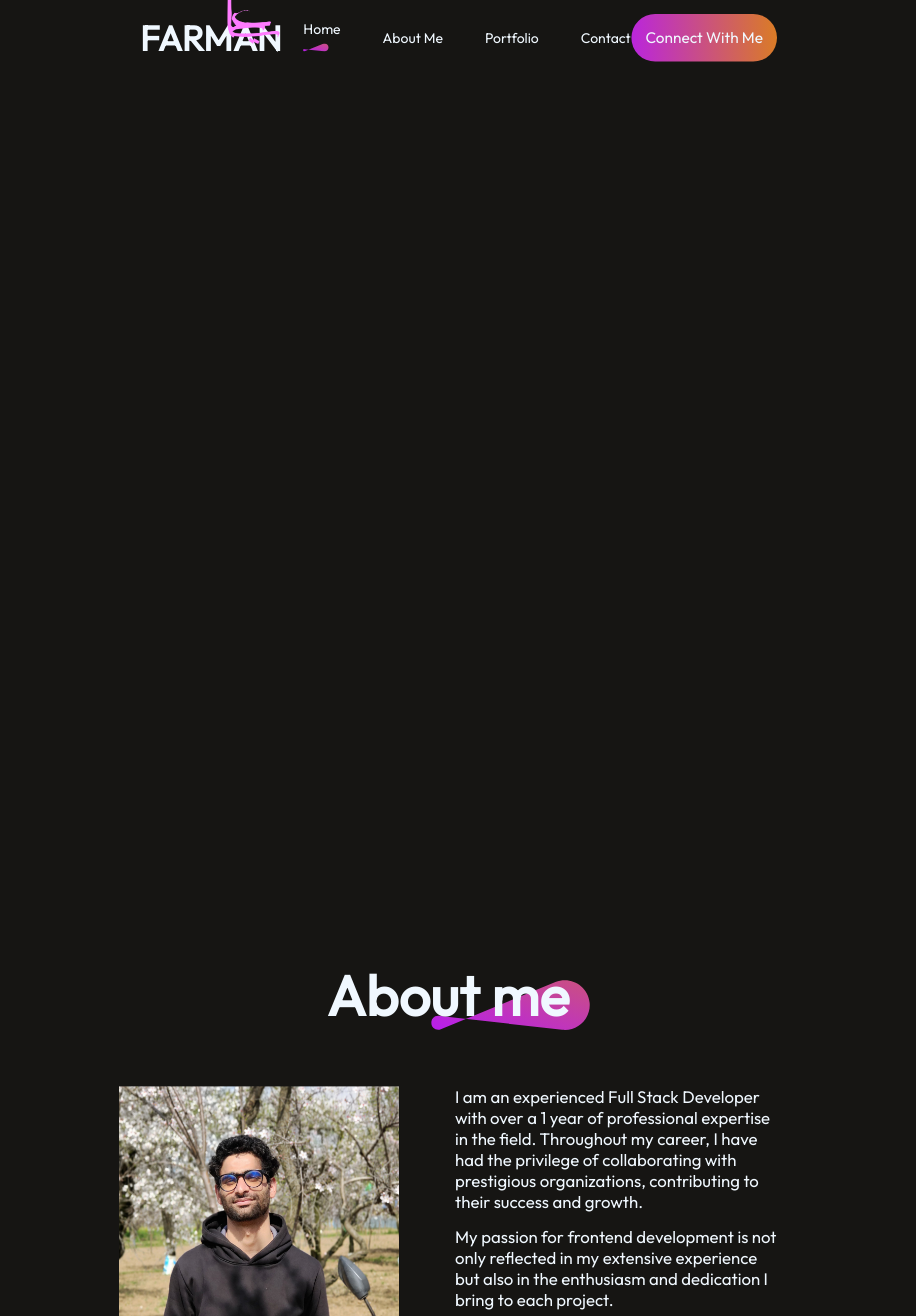
Repository: FARMAN9/portfolio_React
Page: /
These files come from the project's save history. The page is drawn as it stood at one moment and after a run of saves; the edit follows.
The browser window is 1280 px wide. The page is 1309 px wide, then 1280 px, then 1309 px, so the pictures cover 1309 px, including what lies to the right of the window. The pictures show the part of the page from y = 0 to 1880 px (the page is 4996 px tall before and 720 px after), at 70% of full size.
The project was rebuilt for these pictures with package versions that can differ from the ones it lists, and the page was loaded fresh each time. Also part of the build but not shown: vite.config.js.

Above is the page before, as saved 2024-10-16 20:13:42.

### index.html
<!doctype html>
<html lang="en">
  <head>
    <meta charset="UTF-8" />
    <link rel="icon" type="image/svg+xml" href="/bac.svg" />
    <meta name="viewport" content="width=device-width, initial-scale=1.0" />
    <title>Portfoilo</title>
    <link rel="preconnect" href="https://fonts.googleapis.com">
<link rel="preconnect" href="https://fonts.gstatic.com" crossorigin>
<link href="https://fonts.googleapis.com/css2?family=Outfit&display=swap" rel="stylesheet">


  </head>
  <body>
    <div id="root"></div>

    <script type="module" src="/src/main.jsx"></script>
  </body>
</html>

### src/App.jsx

import NavBar from './Components/Navbar/NavBar'
import Hero from './Components/Hero/Hero'
import About from './Components/About/About'
import MyWork from './Components/MyWork/MyWork'
import Contact from './Components/Contact/Contact'
import Footer from './Components/Footer/Footer'
import React from 'react';

function App() {


  return (
  <>
  <NavBar/>
  <Hero/>
  <About/>
  <MyWork/>
  <Contact/>
  <Footer/>
  </>
  )
}

export default App

### src/index.css

*{
  margin: 0;
  padding: 0;

}
body{
  height: 100vh;
  background: #161513;
  color: aliceblue;
  font-family: outfit;
}

### src/Components/Navbar/NavBar.jsx
import React, { useRef, useState,useEffect } from 'react';
import './Navbar.css';
import ali from '../../assets/ali.png'
import backgound from '../../assets/nav_underline.svg'
import AnchorLink from 'react-anchor-link-smooth-scroll'
import menu_open from '../../assets/menu_open.svg'
import menu_close from '../../assets/menu_close.svg'



function NavBar() {



  const [menu,setMenu]=useState('home')
  const menuRef =useRef();
  const openMenu=()=>{
    menuRef.current.style.right='0'
  }
  const closeMenu=()=>{
    menuRef.current.style.right='-350px'
  }
  return (
    <nav className='navbar'>
      <div className='logo'>
      <AnchorLink className='anchor-link' href='#home'>
      <h1>FARMAN</h1>
      <img src={ali} alt="" />
      </AnchorLink>
      </div>
      <img src={menu_open}  onClick={openMenu} alt="" className='nav-mob-open' />

            <ul ref={menuRef} className='nav-menu'>
            <img src={menu_close} alt="" className='nav-mob-close' onClick={closeMenu}/>
             <li> <AnchorLink className='anchor-link' href='#home'><p onClick={()=>setMenu('home')}>Home</p> </AnchorLink>{menu ==='home' ? <img src ={backgound} alt=''/>:<></> }</li>
             <li><AnchorLink className='anchor-link' offset={50} href='#about'><p onClick={()=>setMenu('about')}>About Me</p></AnchorLink>{menu ==='about' ? <img src ={backgound} alt=''/>:<></> }</li>
             <li><AnchorLink className='anchor-link' offset={50} href='#work'><p onClick={()=>setMenu('work')}>Portfolio</p></AnchorLink>{menu ==='work' ? <img src ={backgound} alt=''/>:<></> }</li>
             <li><AnchorLink className='anchor-link' offset={50} href='#contact'><p onClick={()=>setMenu('contact')}>Contact</p></AnchorLink>{menu ==='contact' ? <img src ={backgound} alt=''/>:<></> }</li>
            </ul>
            <div className="nav-connect"><AnchorLink className='anchor-link' offset={50} href='#contact'>Connect With Me</AnchorLink></div>

    </nav>
  )
}

export default NavBar

### src/Components/Hero/Hero.jsx
import "./Hero.css";
import profile from "../../assets/profile.jpg";
import AnchorLink from "react-anchor-link-smooth-scroll";
import { FaGithub, FaLinkedin, FaCode } from "react-icons/fa";
import React, { useRef, useEffect } from "react";
import gsap from "gsap";
import { ScrollTrigger } from "gsap/ScrollTrigger";

// Register ScrollTrigger plugin
gsap.registerPlugin(ScrollTrigger);

function Hero() {
  const sectionRef = useRef(null);

  useEffect(() => {
    gsap.fromTo(
      sectionRef.current,
      { opacity: 0, y: 100, fontSize: "20px" },
      {
        opacity: 1,
        y: 0,
        fontSize: "50px", // Target font size on scroll
        scrollTrigger: {
          trigger: sectionRef.current,
          start: "top 25%",
          end: "bottom 25%",
          scrub: true,
        },
        duration: 1,
      }
    );
  }, []);

  return (
    <div id="home" className="hero" ref={sectionRef}>
      <img src={profile} alt="profile" />
      <h1>
        <span className="myname">I'm Syed Farman Ali,</span> full stack
        developer based in India
      </h1>
      <p>
        I am from Jammu and Kashmir, with 1 year of experience in multiple
        companies and organizations like Jammu and Kashmir Police (CID) and
        Aharbal.
      </p>
      <div className="hero-action">
        <div className="hero-connect">
          <AnchorLink className="anchor-link" offset={50} href="#contact">
            Connect with me
          </AnchorLink>
        </div>
        <a
          className="hero-resume"
          href="https://rxresu.me/farman9/python-django-developer">
          My resume
        </a>
      </div>
      <div className="hero-socials">
        <a
          href="https://github.com/farman9"
          target="_blank"
          rel="noopener noreferrer">
          <FaGithub size={30} />
        </a>
        <a
          href="https://www.linkedin.com/in/farman9"
          target="_blank"
          rel="noopener noreferrer">
          <FaLinkedin size={30} />
        </a>
        <a
          href="https://leetcode.com/u/saeedfarman9/"
          target="_blank"
          rel="noopener noreferrer">
          <FaCode size={30} />
        </a>
      </div>
    </div>
  );
}

export default Hero;

### src/Components/About/About.jsx
import React from 'react'
import'./About.css'
import bac from '../../assets/bac.svg'
import profile from '../../assets/profile.jpg'


function About() {
  const skills = [
    { name: 'JavaScript', value: 70 },
    { name: 'Python', value: 80 },
    { name: 'Java', value: 50 },
    { name: 'HTML', value: 75 },
    { name: 'CSS', value: 70 },
    { name: 'Django', value: 60 },
    { name: 'Fastapi', value: 50 },

  ];

  return (
    <div id='about' className='about'>
        <div className="about-title">
            <h1>About me</h1>
            <img src={bac} alt="" />
        </div>
        <div className="about-sections">
        <div className="about-left">
        <img src={profile} alt="" />
       </div>
       <div className="about-right">
       <div className="about-para">
        <p>I am an experienced Full Stack Developer with over a 1 year of professional expertise in the field. Throughout my career, I have had the privilege of collaborating with prestigious organizations, contributing to their success and growth.</p>
        <p>My passion for frontend development is not only reflected in my extensive experience but also in the enthusiasm and dedication I bring to each project.</p>
       </div>
       <div className="about-skills">
        {
            skills.map((skill)=><div className="about-skill" key={skill.name}><p>{skill.name}</p><hr style={{width:`${skill.value}%`}} /></div>)
        }

      </div>
        </div>
        </div>
        <div className="about-achievements">
<div className="about-achievement">
<h1>1</h1>
<p>YEAR OF EXPERIENCE</p>
</div>
<hr />
<div className="about-achievement">
<h1>4+</h1>
<p>PROJECTS COMPLETED</p>
</div>
<hr />
<div className="about-achievement">
<h1>2+</h1>
<p>HAPPY CLIENTS</p>
</div>
</div>
    </div>
  )
}

export default About

### src/Components/MyWork/MyWork.jsx
import React, { useImperativeHandle } from "react";
import "./MyWork.css";
import bac from "../../assets/bac.svg";
import soon from "../../assets/coming_soon.gif";
import port_react from "../../assets/projects/portfilo_react.png";
import myntra from "../../assets/projects/mytra.png";
import youtube from "../../assets/projects/yt.png";
import djano_port from "../../assets/projects/django_port.png";
import dpt from "../../assets/projects/dpt.png";
import nws from "../../assets/projects/news.png";

function MyWork() {
  const mywork_data = [
    {
      w_no: 1,
      w_name: "portfolio_React",
      w_img: port_react,
      link: "https://github.com/FARMAN9/portfolio_React",
    },
    {
      w_no: 2,
      w_name: "mytra",
      w_img: myntra,
      link: "https://github.com/FARMAN9/myntra-clone-",
    },
    {
      w_no: 3,
      w_name: "youtube",
      w_img: youtube,
      link: "https://github.com/FARMAN9/youtube-clone",
    },
    {
      w_no: 4,
      w_name: "portfoilo_django",
      w_img: djano_port,
      link: "https://github.com/FARMAN9/portfoilo_django",
    },
    {
      w_no: 5,
      w_name: "DPS",
      w_img: dpt,
      link: "https://github.com/FARMAN9/Diabetes-prediction",
    },
    {
      w_no: 6,
      w_name: "oldNews_paper ",
      w_img: nws,
      link: "https://oldnews-paper.vercel.app/",
    },
    {
      w_no: 7,
      w_name: "soon",
      w_img: soon,
      link: "",
    },
  ];
  return (
    <div id="work" className="mywork">
      <div className="mywork-title">
        <h1>My Latest work</h1>
        <img src={bac} alt="" />
      </div>

      <div className="mywork-container">
        {mywork_data.map((data, index) => {
          return (
            <div key={index}>
              <a href={data.link}>
                <img src={data.w_img} alt="" />
              </a>
            </div>
          );
        })}
      </div>
    </div>
  );
}

export default MyWork;

### src/Components/Footer/Footer.jsx
import React from "react";
import "./Footer.css";
import ali from "../../assets/ali.png";
import AnchorLink from 'react-anchor-link-smooth-scroll'

function Footer() {
  return (
    <div className="footer">
      <div className="footer-top">
        <div className="footer-top-left">
          <div className="logo">
          <AnchorLink className='anchor-link' offset={50} href='#home'>
            <h1>FARMAN</h1>
            <img src={ali} alt="" />
            </AnchorLink>
          </div>

        </div>
        <p>
        I wanted to take a moment to thank you for visiting my portfolio. Your time and interest in my work are truly appreciated.
        If you have any feedback, questions, or opportunities you'd like to discuss, please don't hesitate to reach out. I'm always eager to connect and explore new possibilities.
          </p>
        <div className="footer-top-right">

        </div>

        </div>
        <hr />

        <div className="footer-bottom">
          <p className="footer-bottm-left">
            {" "}
            © 2024 Syed Farman Ali. All rights reserved.{" "}
          </p>

          <div className="footer-bottom-right">
            <p>Term of Services</p>
            <p>Privacy Policy</p>
            <AnchorLink className='anchor-link' offset={50} href='#contact'> <p>Connect with me</p></AnchorLink>
          </div>
        </div>

    </div>
  );
}

export default Footer;

### src/Components/Navbar/Navbar.css
.navbar{
display: flex ;
align-items: center;
justify-content: space-between;
margin: 20px 170px;
}
.nav-menu{
    display: flex;
    align-items: center;
    list-style: none;
    gap:60px;
    font-size: 20px;

}
.nav-connect
{
    padding: 20px;
    border-radius: 50px;
    background: linear-gradient(267deg,#DA7C25 0.36%,#B923E1 102.0% );
    font-size:22px ;
    cursor: pointer;
    transition: 0.5s;

}
.nav-connect:hover
{
   transform: scale(1.05);

}



.logo{
    position: relative;
    }
.logo h1{
    padding: 0px 30px;
    font-size: 50px;
    font-weight: 600%;
    z-index: -1;

    }


.logo img{
    position: absolute;
    bottom:0;
    right: 0;

    width: 150px;
    height: 150px;

}

.anchor-link{
   text-decoration: none;
   color: aliceblue;
}
.nav-mob-close
{
    display: none;
}
.nav-mob-open{
    display: none;
}


@media(max-width:768px) {
    .navbar{
        margin: 20px 50px;
    }
    .nav-connect{
        display: none;
    }
    .nav-mob-open{
        display: block;
        position: fixed;
        right: 30px;
    }
    .nav-mob-close{
        display: block;
        position: relative;
        top: 30px;
        left: 110px;
        width: 30px;


    }
    .nav-menu{
        position: fixed;
        flex-direction: column;
        align-items: center;
        top:0;
        gap:30px;
        background-color: #1f0016;
        width: 350px;
        height: 100%;
        z-index: 2;
        transition: right 0.5s;
        right: -350px;
    }
    .nav-menu li{
        font-size: 30px;

        padding-left: 0;
        flex-direction: row;
        gap:20px;

    }

}

### src/Components/Hero/Hero.css
.hero {
  display: flex;
  flex-direction: column;
  align-items: center;
  gap: 35px;
}
.hero img {
  margin-top: 150px;
  border-radius: 50%;
  width: 20rem;
  height: 20rem;
}

.hero h1 {
  text-align: center;

  font-weight: 600;
  width: 70%;
  font-size: 70px;
}
.hero h1 span {
  background: linear-gradient(270deg, #df8908 10%, #b415ff 100%);
  background-clip: text;
  -webkit-background-clip: text;
  -webkit-text-fill-color: transparent;
}
.hero-socials img {
  width: 30px;
  height: 30px;
  cursor: pointer;
}
.hero p {
  width: 50%;
  text-align: center;
  font-size: 24px;
  line-height: 40px;
}
.hero-action {
  display: flex;
  align-items: center;
  gap: 25px;
  font-size: 24px;
  font-weight: 500;
  margin-bottom: 50px;
}
.hero-connect {
  padding: 25px 45px;
  border-radius: 50px;
  background: linear-gradient(267deg, #da7c25 0.36%, #b923e1 102%);
  cursor: pointer;
}
.hero-resume {
  padding: 25px 75px;
  border-radius: 50px;
  border: 2px solid #fff;
  cursor: pointer;
  color: aliceblue;
  text-decoration: none;
}

.hero-connect:hover {
  border: 2px solid white;
}
.hero-resume:hover {
  border-color: #b415ff;
}
.hero-socials {
  margin-top: 20px;
}

.hero-socials a {
  margin: 0 10px;
  color: #333;
  transition: color 0.3s;
}

.hero-socials a:hover {
  color: #b415ff; /* You can change this color to match the theme */
}
@media (max-width: 768px) {
  .hero img {
    margin-top: 120px;
    width: 260px;
  }
  .hero h1 {
    margin-top: 50px;
    width: 90%;
    font-size: 50px;
  }
  .hero p {
    width: 60%;
    font-size: 18px;
    line-height: 32px;
    margin: 10px 0px;
  }
  .hero-action {
    gap: 16px;
    font-size: 18px;
    font-weight: 500;
    margin-bottom: 50px;
  }
  .hero-connect {
    padding: 20px 30px;
    border-radius: 40px;
  }
  .hero-resume {
    padding: 20px 50px;
    border-radius: 40px;
  }
}

### src/Components/About/About.css
.about{
    display: flex;
    flex-direction: column;
    align-items: center;
    justify-content: center;
    gap: 80px;
    margin: 80px 170px;
    }

    .about-title{
        position: relative;
        }
    .about-title h1{
        padding: 0px 30px;
        font-size: 80px;
        font-weight: 600%;
        }


    .about-title img{
        position: absolute;
        bottom: 0;
        right: 0;
        z-index: -1;
    }


    .about-sections {
        display: flex;
        gap: 80px;
        }

.about-left img{
    width: 25rem;
    height: 25rem;
}
.about-right{
            display: flex;
            flex-direction: column;
            gap: 80px;
 }

.about-para{
    display: flex;
    flex-direction: column;
    gap: 20px;
    font-size: 24px;
    font-weight: 500;
}

.about-skills{
    display: flex;
    flex-direction: column;
    gap: 20px;
    }

.about-skill{
    display: flex;
    gap: 50px;
    align-items: center;
    transition: 0.3s;
}
.about-skill p {
    min-width: 150px;
    font-size: 24px;
    font-weight: 500;
}
.about-skill hr{
    outline: none;
    border: none;
    width: 50%;
    height: 8px;
    border-radius: 50px;
    background: linear-gradient(267deg,#DA7C25 0.36%,#B923E1 102.0% );

}

.about-achievements{
    display: flex;
    width: 100%;
    justify-content: space-around;
    margin-bottom: 80px;

}

.about-achievement{
    display: flex;
    flex-direction: column;
    align-items: center;
    gap: 10px;
    transition: 0.5s;
}


.about-achievement h1{
   font-size: 60px;
   font-weight: 700;
   background: linear-gradient(267deg,#DA7C25 0.36%,#B923E1 102.0% );
   background-clip: text ;
   -webkit-background-clip: text;
   -webkit-text-fill-color: transparent;
}

.about-achievement p{
    font-size: 22px;
    font-weight: 500;

 }
 .about-skill:hover{
    transform: scale(1.05);
    transition: 0.3s;
 }
 .about-achievement:hover{
    transform: scale(1.12);
    transition: 0.5s;

 }


 @media(max-width:768px) {
    .about{
        gap: 80px;
        margin: 50px 70px;
        align-items: start;
    }
    .about-title h1{
        font-size: 50px;
        padding: 0;

    }
    .about-title img {
        width: 130px;
        right: -20px;
    }

    .about-sections{
        flex-direction: column;
    }
    .about-left{
        display: none;
    }
    .about-para{
        font-size: 18px;
        line-height: 32px;
    }
    .about-skill{
        gap:20px;
        align-items: center;
    }
    .about-skill p{
        font-size: 20px;

    }
    .about-skill hr{
        height: 6px;

    }
    .about-achievements{
        justify-content: space-between;
    }
    .about-achievement{
        gap: 10px;
    }
    .about-achievement h1{
        font-size: 34px;
        font-weight: 700;
    }
    .about-achievement p{
        text-align: center;
        font-size: 16px;

    }

 }

### src/Components/MyWork/MyWork.css
.mywork{
    display: flex;
    flex-direction: column;
    align-items: center;
    justify-content: center;
    gap:80px;
    margin: 80px 170px;
}
.mywork-title{
    position: relative;
}
.mywork-title h1{
    padding: 0px 30px;
        font-size: 80px;
        font-weight: 600%;
}
.mywork-title img{
    position: absolute;
        bottom: 0;
        right: 0;
        z-index: -1;
}

.mywork-container{
    display: grid;
    grid-template-columns: 1fr 1fr 1fr ;
    gap :40px;
}

.mywork-container img {
    box-sizing: border-box;
    width: 419px;
    height: 280px;
    transition: 0.3s;
    cursor: pointer;
}
.mywork-container img:hover {
   transform: scale(1.10);
   border: 4px solid #ff00ff;
   border-radius: 10px;
   transition: 0.3s;
}


@media(max-width:768px){
    .mywork{
        gap: 50px;
        margin: 50px 70px;
        align-items: start;
    }
    .mywork-title h1{
        padding: 0;
        font-size: 50px;
        font-weight: 600;

    }
    .mywork-title img{
        width: 130px;
        margin-right:-20px;
    }
    .mywork-container{
        grid-template-columns: 1fr 1fr;
    }
    .mywork-container img{
        width: 100%;
        height: 100%;
    }


}

### src/Components/Footer/Footer.css


.logo{
    position: relative;
    }
.logo h1{
    padding: 0px 30px;
    font-size: 50px;
    font-weight: 600%;
    z-index: -1;
    }
.logo img{
    position: absolute;
    bottom:0;
    right: 0;
    width: 150px;
    height: 150px;

}


.footer{
 margin: 50px 170px;
 display: flex;
 flex-direction: column;
 gap: 30px;
}
.footer-top{
    display: flex;
    justify-content: space-between;
}
.footer-top-left{
    display: flex;
    align-items: center;


}
.footer-top-left p{
   font-size: 15px;
   max-width: 500px;
}

.footer-bottom{
    display: flex;
    justify-content: space-between;
    font-size: 18px;

}
.footer-bottom-right{
    display: flex;
    gap:50px;
    margin-bottom: 50px;


}
@media(max-width:768px)
{
    .footer{
        margin: 50px 70px;
    }
    .footer-top{
        flex-direction: column;
        gap: 50px;
    }
    .footer-bottom{
        display: flex;
        flex-direction: column-reverse;
        margin-bottom: 50px;

    }
}

Loaded but not shown: src/main.jsx (common file); src/Components/Contact/Contact.css (207 lines, source omitted); src/Components/Contact/Contact.jsx (91 lines, source omitted)

After the next 2 saves:
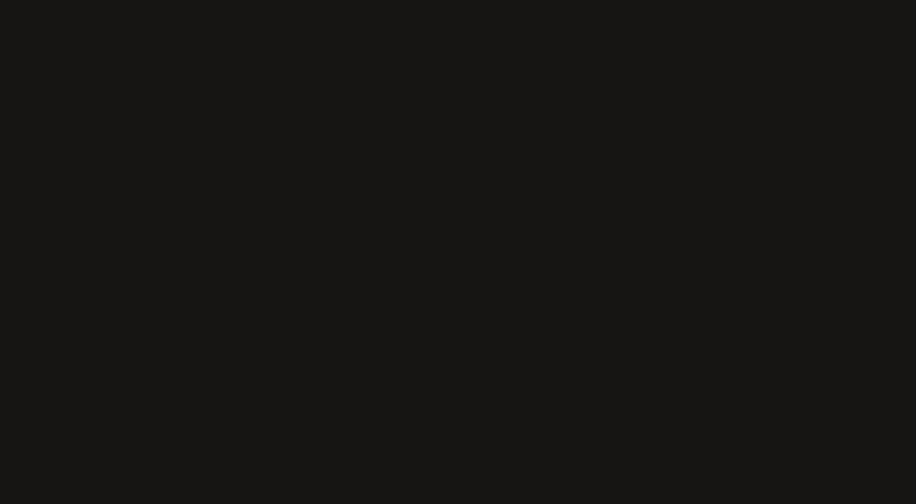
Console error: ReferenceError: sectionRef is not defined
The 2 saves are shown as one change because they came seconds apart.
The last was saved 24 s later.
--- a/src/Components/Hero/Hero.jsx
+++ b/src/Components/Hero/Hero.jsx
@@ -10,26 +10,9 @@
 gsap.registerPlugin(ScrollTrigger);
 
 function Hero() {
-  const sectionRef = useRef(null);
 
-  useEffect(() => {
-    gsap.fromTo(
-      sectionRef.current,
-      { opacity: 0, y: 100, fontSize: "20px" },
-      {
-        opacity: 1,
-        y: 0,
-        fontSize: "50px", // Target font size on scroll
-        scrollTrigger: {
-          trigger: sectionRef.current,
-          start: "top 25%",
-          end: "bottom 25%",
-          scrub: true,
-        },
-        duration: 1,
-      }
-    );
-  }, []);
+
+;
 
   return (
     <div id="home" className="hero" ref={sectionRef}>

After the save that followed:
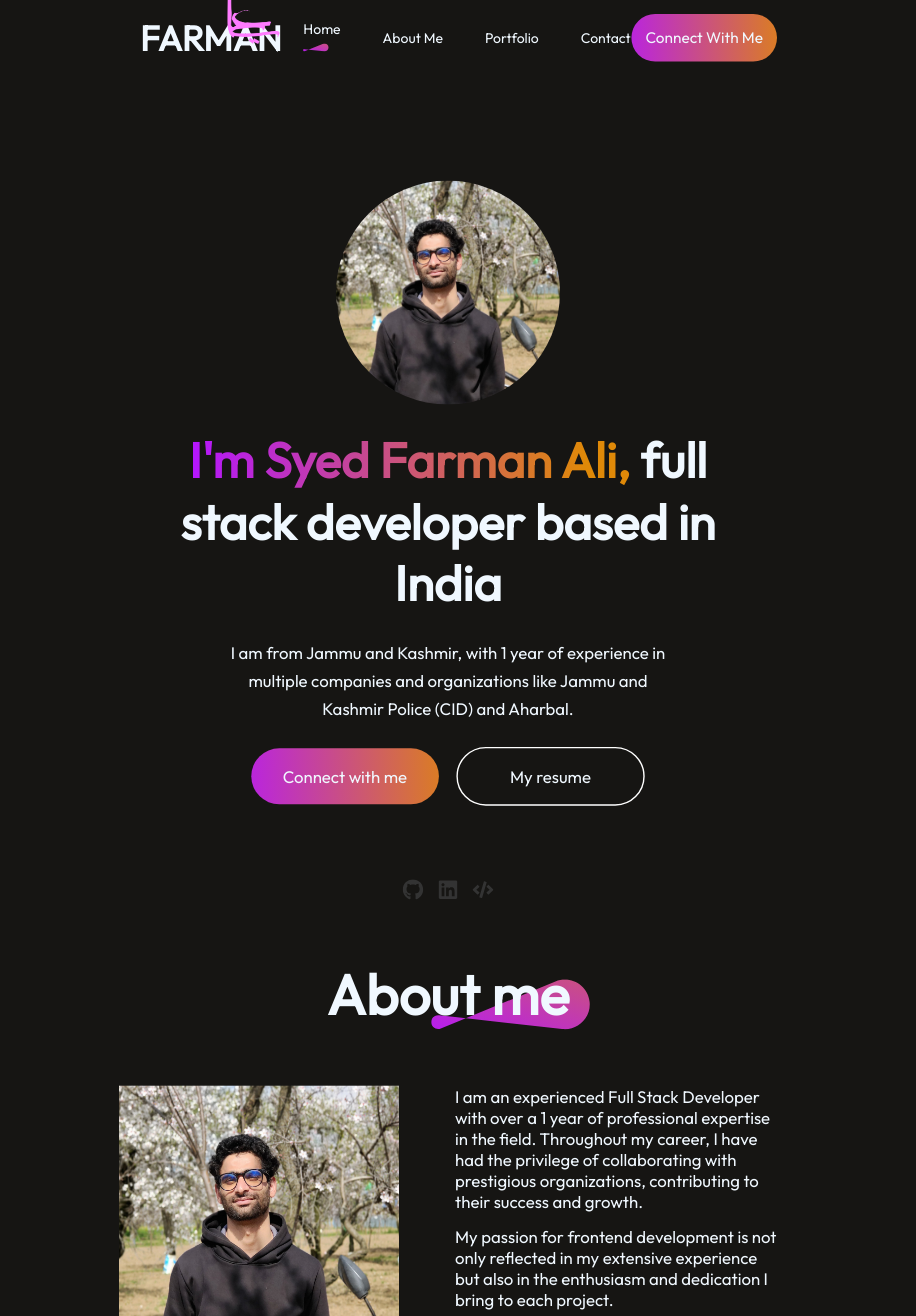
The error is gone.
Saved 4 s later.
--- a/src/Components/Hero/Hero.jsx
+++ b/src/Components/Hero/Hero.jsx
@@ -10,12 +10,8 @@
 gsap.registerPlugin(ScrollTrigger);
 
 function Hero() {
-
-
-;
-
   return (
-    <div id="home" className="hero" ref={sectionRef}>
+    <div id="home" className="hero">
       <img src={profile} alt="profile" />
       <h1>
         <span className="myname">I'm Syed Farman Ali,</span> full stack
